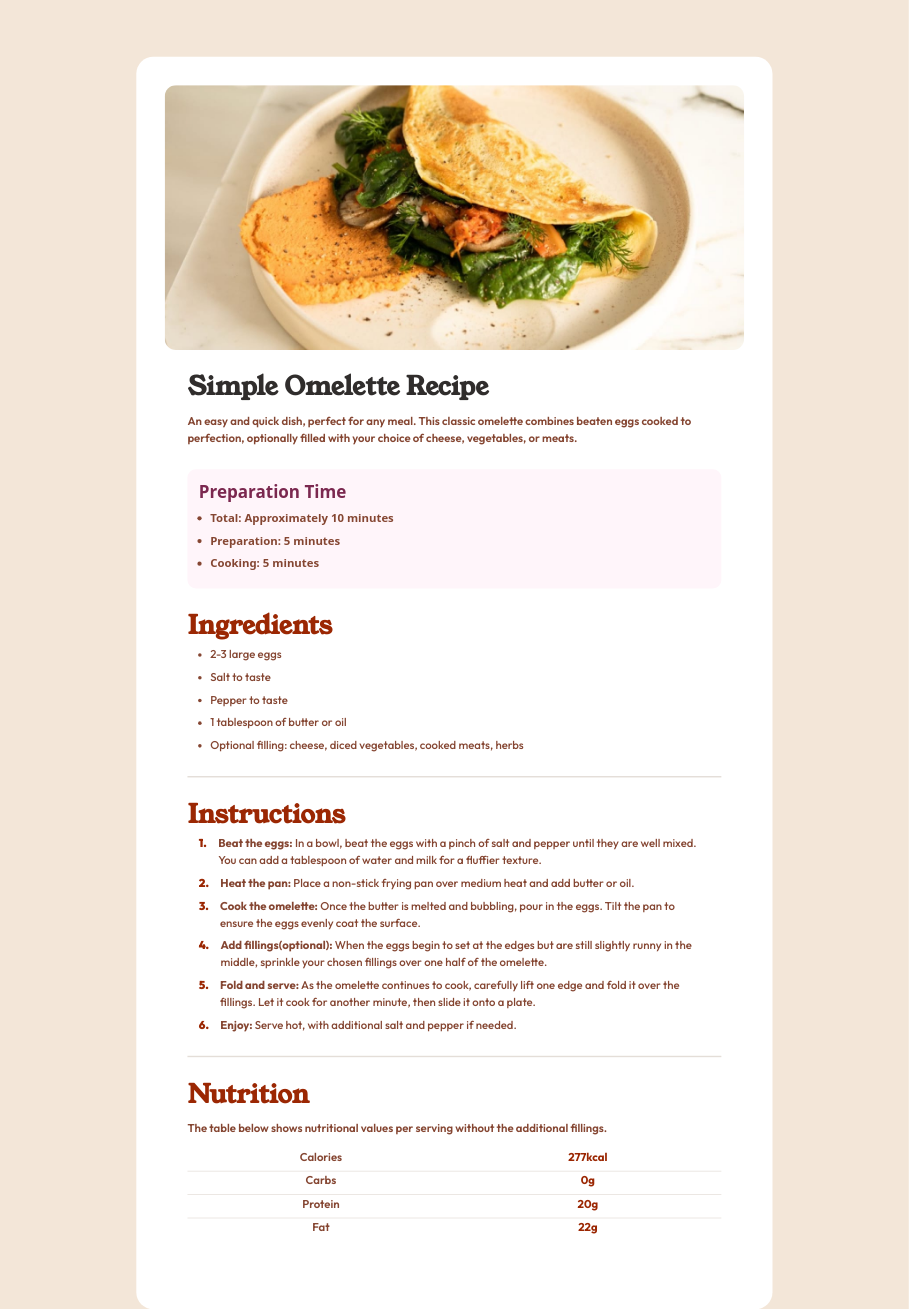
Repository: nivrii/recipe-page-main
Page: /
An editor plug-in stored every save of this project. The page is shown before and after the next save, followed by the edit.
The browser window is 1280 px wide. The pictures show the whole page, at 71% of full size.
The project was rebuilt for these pictures with package versions that can differ from the ones it lists, and the page was loaded fresh each time. Also part of the build but not shown: vite.config.js, src/index.css.

Above is the page before, as saved 2024-03-23 22:42:03.

After the next save:
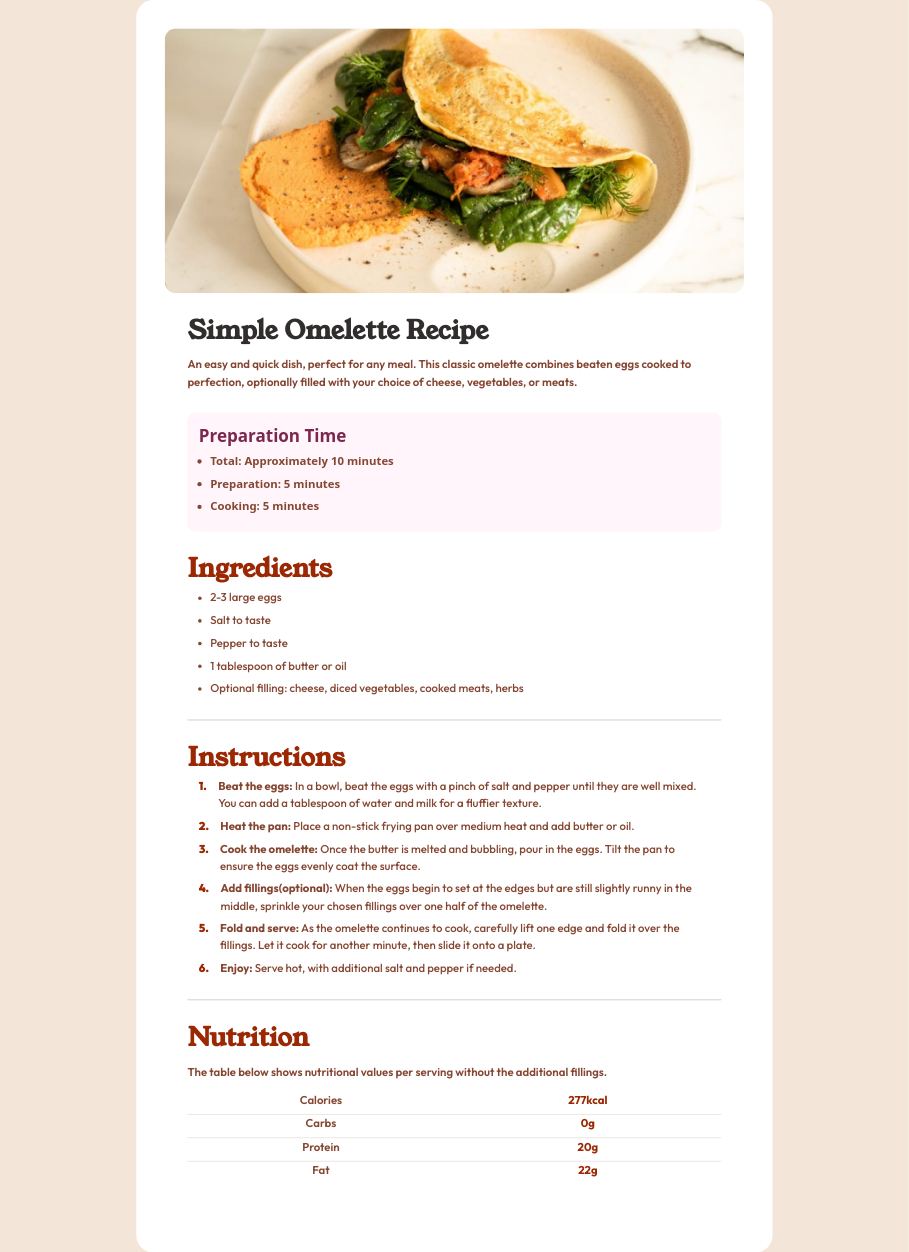
Saved 75 s later.
--- a/src/App.jsx
+++ b/src/App.jsx
@@ -9,7 +9,7 @@
 
 function App() {
   return (
-    <body className="bg-eggshell md:pt-20">
+    <body className="bg-eggshell md:px-20">
       <div className="
        flex flex-col w-screen min-h-max md:m-auto md:p-10 md:w-[70vw] md:top-10
        md:bg-white md:rounded-3xl">

After the 3 saves that followed:
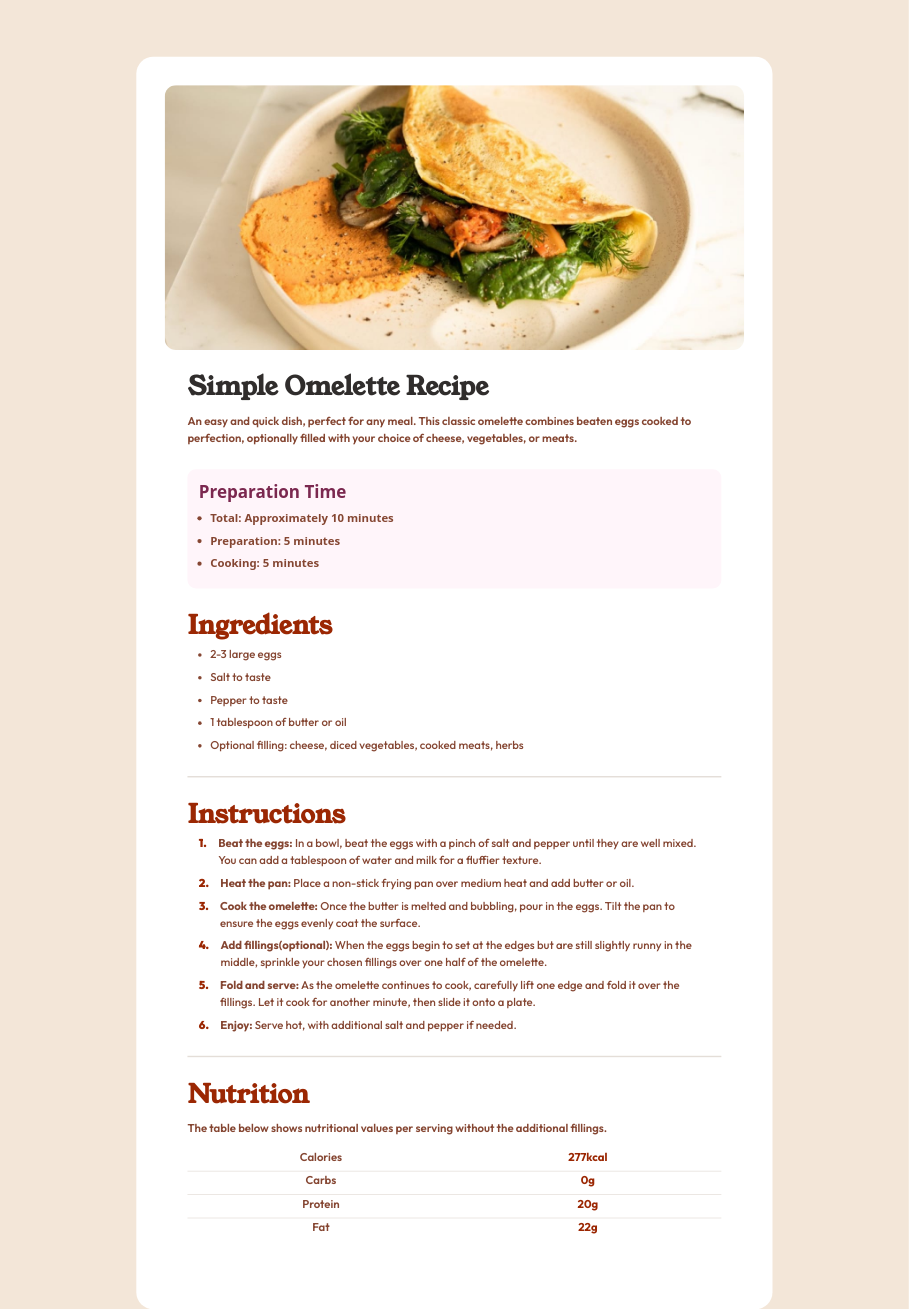
The 3 saves are shown as one change because 2 left the picture as it was.
The last was saved 80 s later.
--- a/src/App.jsx
+++ b/src/App.jsx
@@ -9,7 +9,7 @@
 
 function App() {
   return (
-    <body className="bg-eggshell md:px-20">
+    <body className="bg-eggshell md:pt-20">
       <div className="
        flex flex-col w-screen min-h-max md:m-auto md:p-10 md:w-[70vw] md:top-10
        md:bg-white md:rounded-3xl">
